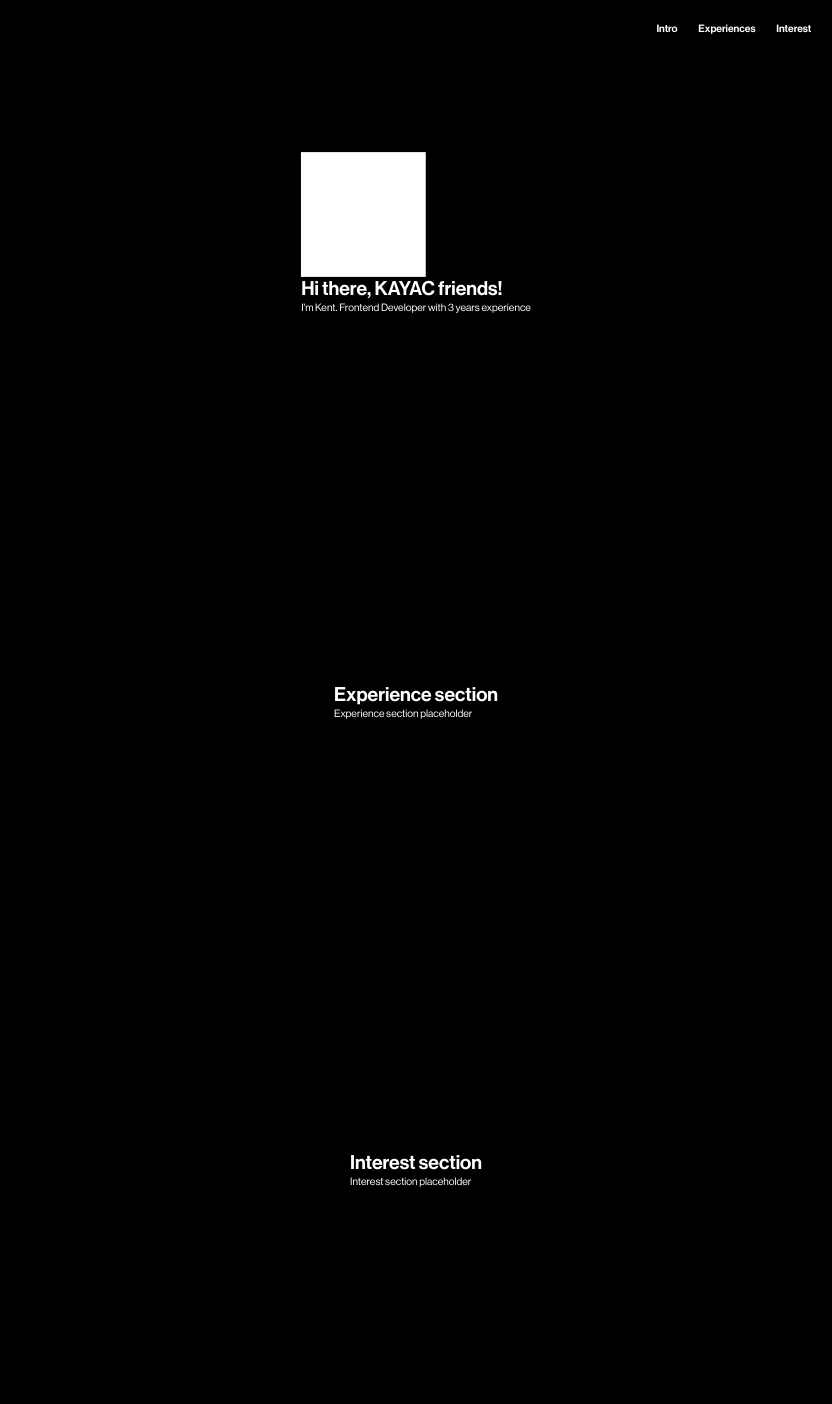
Repository: kentnathaniel/kayac-presentation
Page: /
An editor plug-in stored every save of this project. The page is shown before and after the next save, followed by the edit.
The browser window is 1280 px wide. The pictures show the whole page, at 65% of full size.
The project was rebuilt for these pictures with package versions that can differ from the ones it lists, and the page was loaded fresh each time. Also part of the build but not shown: vite.config.ts.

Above is the page before, as saved 2024-09-14 09:19:14.

After the next save:
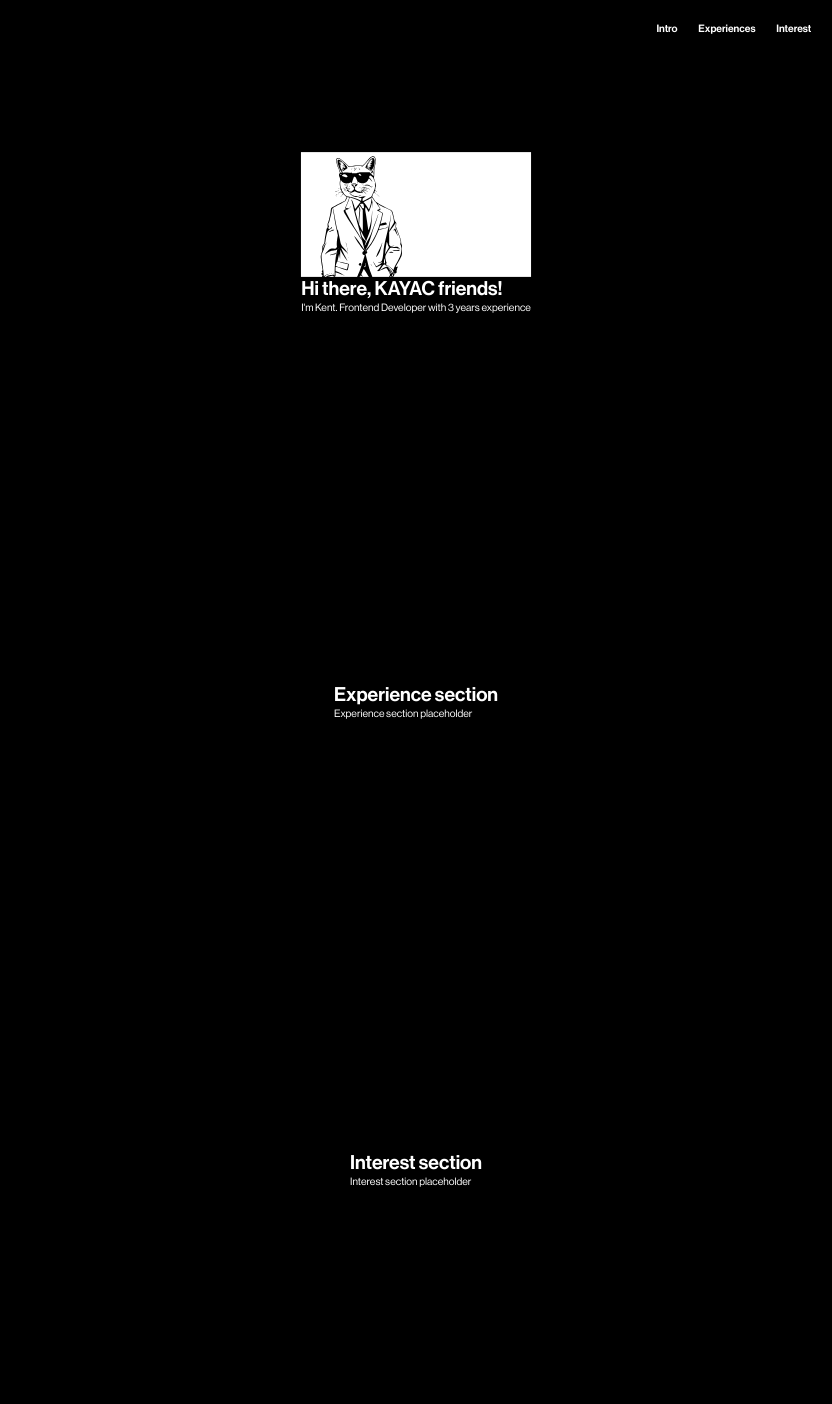
Saved 11 s later.
--- a/src/App.tsx
+++ b/src/App.tsx
@@ -10,8 +10,8 @@ function App() {
       </nav>
 
       <div className="flex flex-col justify-center mx-auto h-screen ">
-        <div className="bg-white w-48 h-48">
-          <SmartCat className="text-white" />
+        <div className="bg-white ">
+          <SmartCat className="text-white w-48 h-48" />
         </div>
         <h1 className="text-3xl text-left">Hi there, KAYAC friends!</h1>
         <p className="font-thin">
